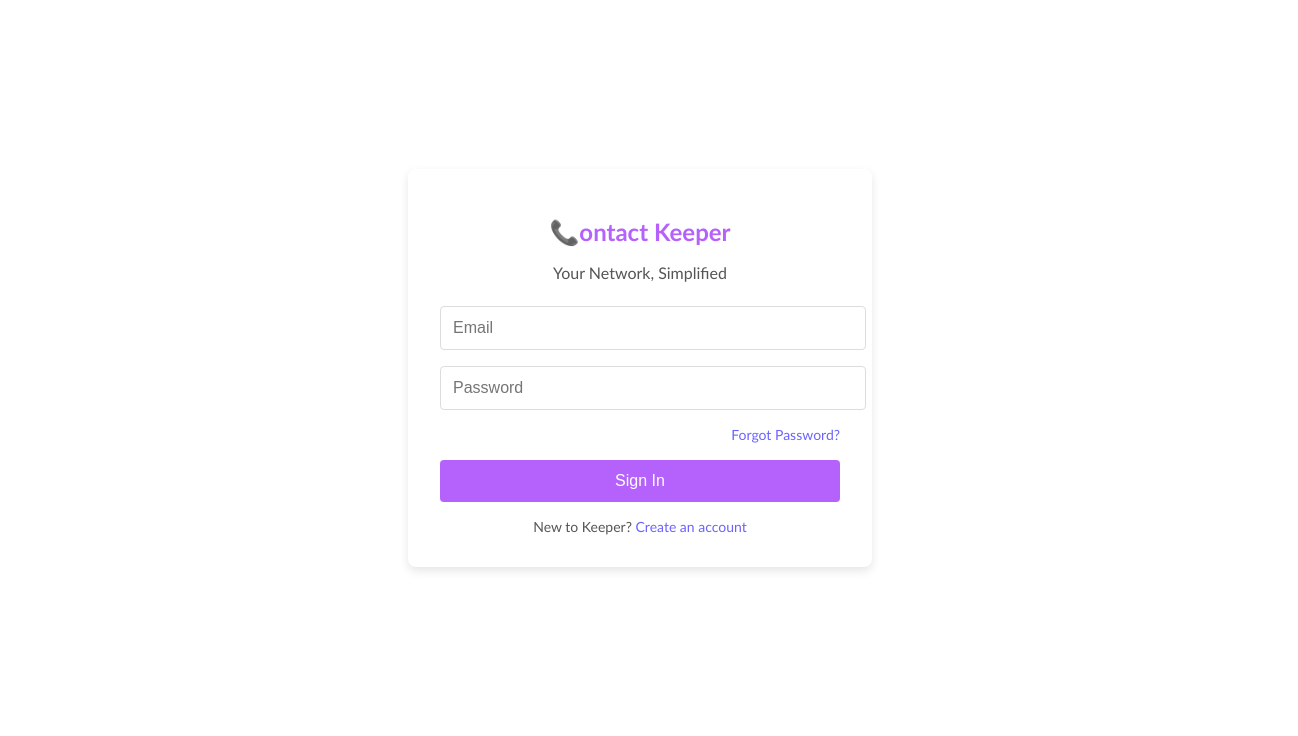
Repository: honexly/melbert-loginapp
Page: /
An editor plug-in stored every save of this project. The page is shown before and after a run of saves, followed by the edit.
The browser window is 1280 px wide. The page is 1280 px wide, then 1298 px, so the pictures cover 1298 px, including what lies to the right of the window. The pictures show the whole page.
The project was rebuilt for these pictures with package versions that can differ from the ones it lists, and the page was loaded fresh each time. Also part of the build but not shown: vue.config.js, src/pages/LoginPage.vue.

Above is the page before, as saved 2024-12-09 14:00:02.

After the next 2 saves:
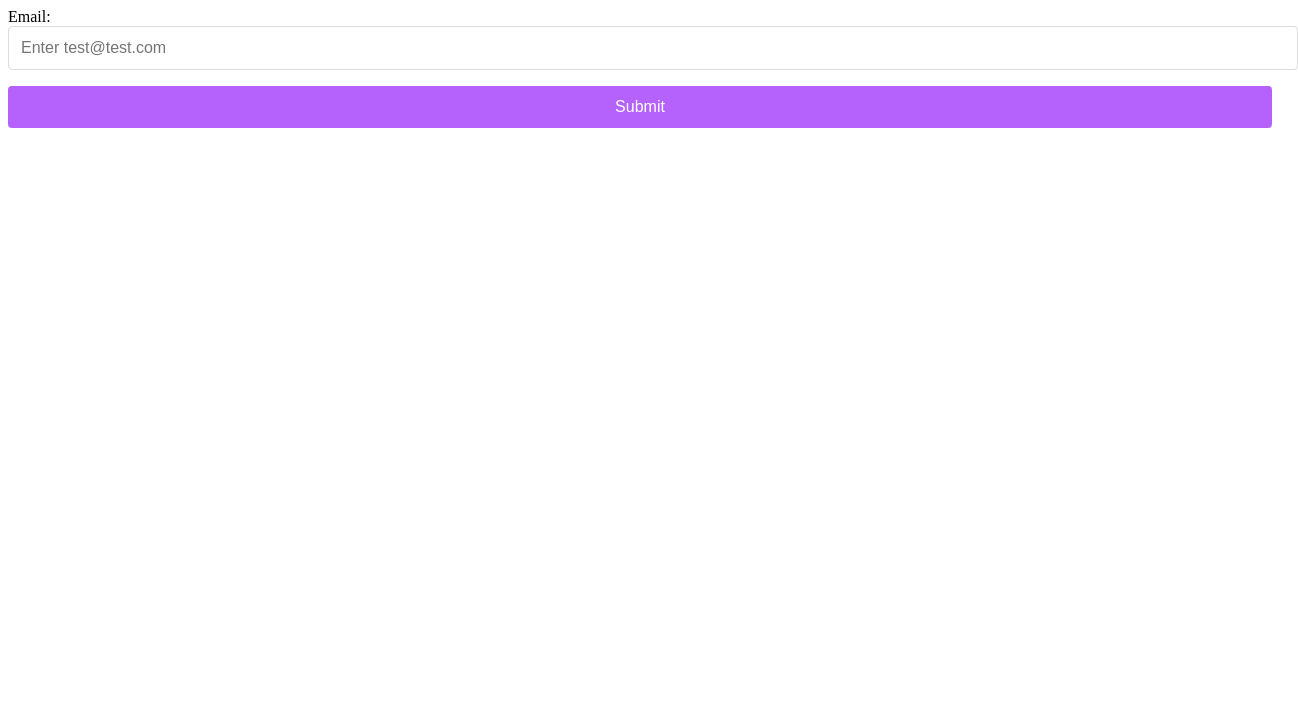
The 2 saves are shown as one change because they came seconds apart.
The last was saved 6 s later.
--- a/src/App.vue
+++ b/src/App.vue
@@ -1,60 +1,29 @@
 <template>
   <div id="app">
-    <div class="form-wrapper">
-    <div class="form-card">
-      <!-- Logo and Description -->
-      <div class="header">
-        <h1 class="logo">📞ontact Keeper</h1>
-        <p class="subtitle">Your Network, Simplified</p>
+    <form @submit.prevent="submitForm" class="email-form">
+      <!-- Email Input -->
+      <div class="form-group">
+        <label for="email">Email:</label>
+        <input
+          type="email"
+          id="email"
+          v-model="email"
+          placeholder="Enter test@test.com"
+          class="input"
+          :class="{ 'input-error': !isValidEmail && emailTouched }"
+          @blur="emailTouched = true"
+        />
+        <p v-if="emailTouched && !isValidEmail" class="error-text">
+          Please enter "test@test.com"
+        </p>
       </div>
-      <!-- Form -->
-      <form @submit.prevent="submitForm" class="form-container">
-        <!-- Email Input -->
-        <div class="form-group">
-          <input
-            type="email"
-            v-model="email"
-            placeholder="Email"
-            class="input"
-            :class="{ 'input-error': !isValidEmail && emailTouched }"
-            @blur="emailTouched = true"
-          />
-          <p v-if="emailTouched && !isValidEmail && email !== ''" class="error-text">
-          </p>
-        </div>
 
-        <!-- Password Input -->
-        <div class="form-group">
-          <input
-            type="password"
-            v-model="password"
-            placeholder="Password"
-            class="input"
-            :class="{ 'input-error': !isValidPassword && passwordTouched }"
-            @blur="passwordTouched = true"
-          />
-          <p v-if="passwordTouched && !isValidPassword" class="error-text">
-          </p>
-        </div>
-
-        <!-- Links -->
-        <div class="links">
-          <a href="#" class="forgot-password">Forgot Password?</a>
-        </div>
-
-        <!-- Submit Button -->
-        <button type="submit" class="btn" :disabled="!isValidEmail || !isValidPassword">
-          Sign In
-        </button>
-        <!-- Signup Link -->
-        <div class="signup-link">
-          <span>New to Keeper? </span>
-          <a href="#" class="create-account">Create an account</a>
-        </div>
-      </form>
-    </div>
+      <!-- Submit Button -->
+      <button type="submit" :disabled="!isValidEmail" class="btn">
+        Submit
+      </button>
+    </form>
   </div>
-    </div>
 </template>
 <script>
 export default {
@@ -99,7 +68,7 @@
 .form-card {
   background: #fff;
   padding: 2rem;
-  background-image: url();
+  background-image: url('@/assets/background-img.jpg');
   border-radius: 8px;
   box-shadow: 0 4px 10px rgba(0, 0, 0, 0.1);
   text-align: center;
@@ -118,7 +87,7 @@
 
 .header .subtitle {
   font-size: 1rem;
-  color: #555;
+  color: #ffffff;
   margin-bottom: 1.5rem;
   font-family: 'Trebuchet MS', 'Lucida Sans Unicode', 'Lucida Grande', 'Lucida Sans', Arial, sans-serif;
 }
@@ -157,7 +126,7 @@
 
 .forgot-password {
   font-size: 0.875rem;
-  color: #6c63ff;
+  color: #ffffff;
   text-decoration: none;
   font-family: 'Trebuchet MS', 'Lucida Sans Unicode', 'Lucida Grande', 'Lucida Sans', Arial, sans-serif;
 }
